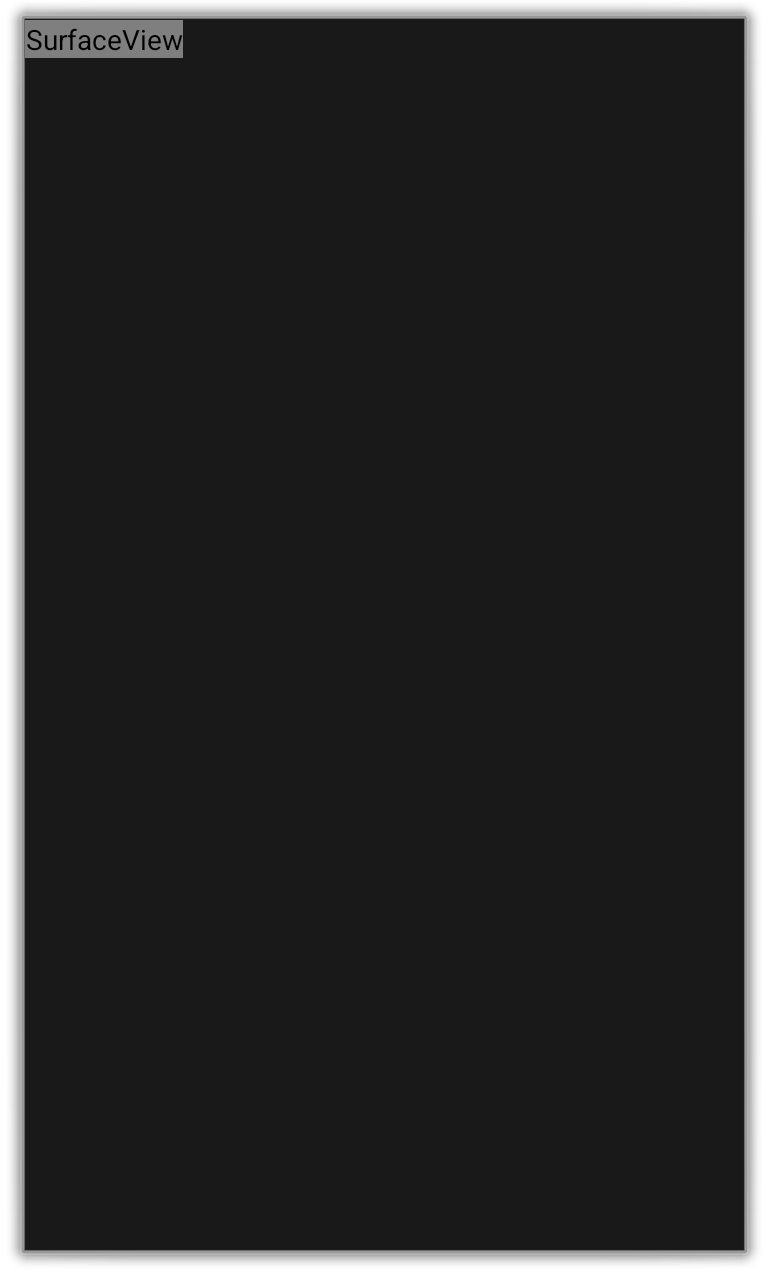
Repository: wormday/Labs
Layout: Android/DisasterMonitoring/res/layout/capture_image.xml
The author's editor kept a copy of each file at every save. The layout is drawn from the files as they stood at one save, then again after the next save.
Pictures or frames that could not be fetched are drawn as grey boxes. It is drawn on a 768 x 1280 px phone screen (xhdpi) without system bars, with theme android:Theme.Dialog; the app's code is not run.

Above is the layout before, as saved 2014-03-02 06:22:29.

After the next save:
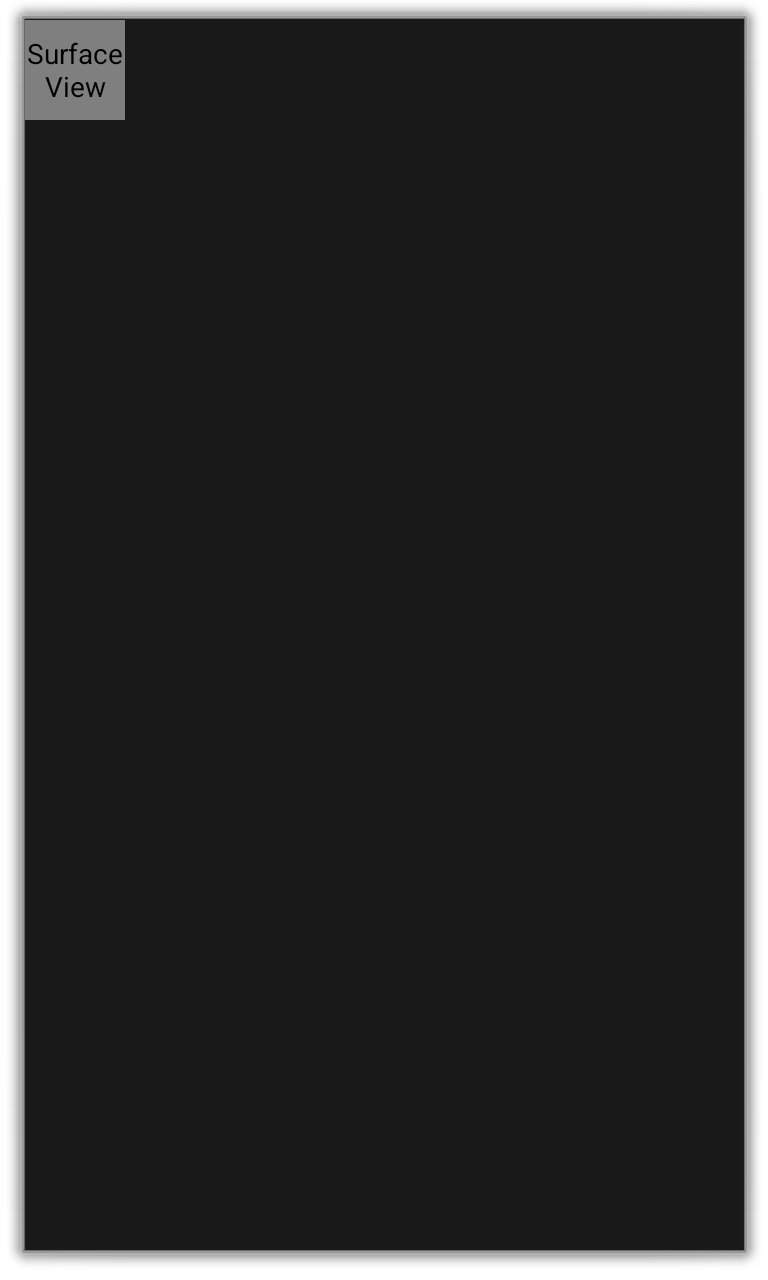
Saved 3 s later.
--- a/Android/DisasterMonitoring/res/layout/capture_image.xml
+++ b/Android/DisasterMonitoring/res/layout/capture_image.xml
@@ -9,7 +9,7 @@
         android:layout_weight="1" >
         <SurfaceView
             android:id="@+id/sView"
-            android:layout_width="wrap_content"
-            android:layout_height="wrap_content" />
+            android:layout_width="50dp"
+            android:layout_height="50dp" />
     </FrameLayout>
 </LinearLayout>
